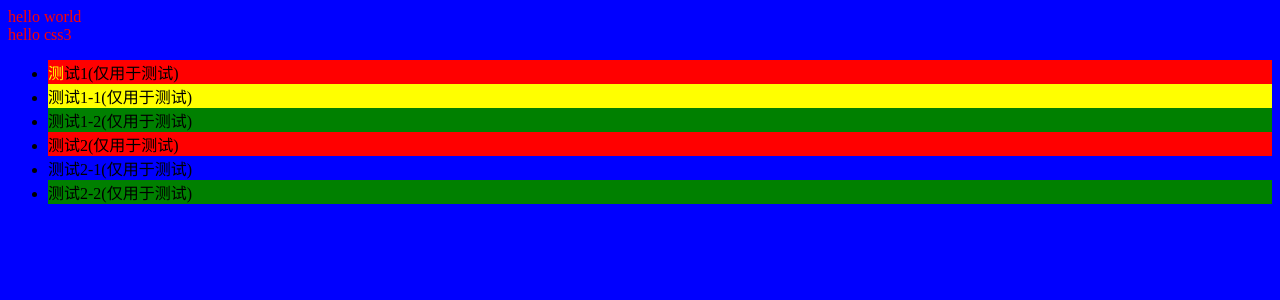
Repository: zdsherlock/HtmlCssLearn
Page: CSS/test-attSelect/index.html
An editor plug-in stored every save of this project. The page is shown before and after the next save, followed by the edit.
The browser window is 1280 px wide. The pictures show the whole page.

Above is the page before, as saved 2021-05-06 02:11:39.

After the next save:
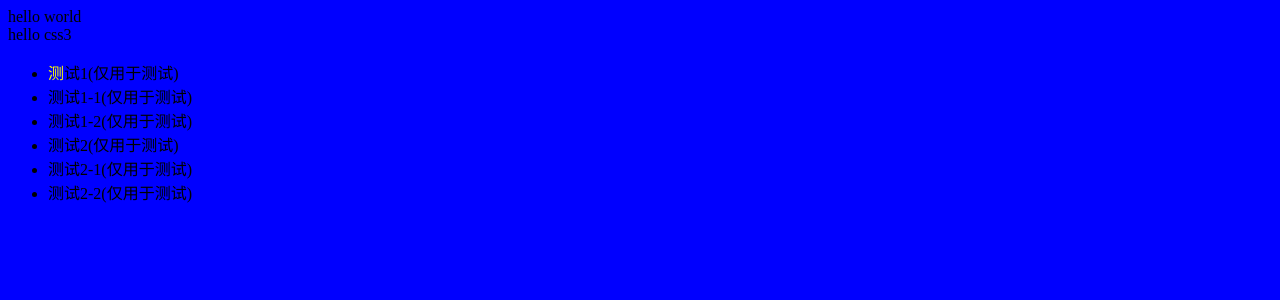
Saved 77 s later.
--- a/CSS/test-attSelect/index.html
+++ b/CSS/test-attSelect/index.html
@@ -6,7 +6,7 @@
         <meta name="Keywords" content="">
         <meta name="Descript" content="">
         <style>
-            [title="你知道的太多了"] {
+            /* [title="你知道的太多了"] {
                 color: red;
             }
 
@@ -20,7 +20,7 @@
 
             [id$="\-2"] {
                 background-color: green;
-            }
+            } */
 
             li#section1:first-letter {
                 color: yellow;
